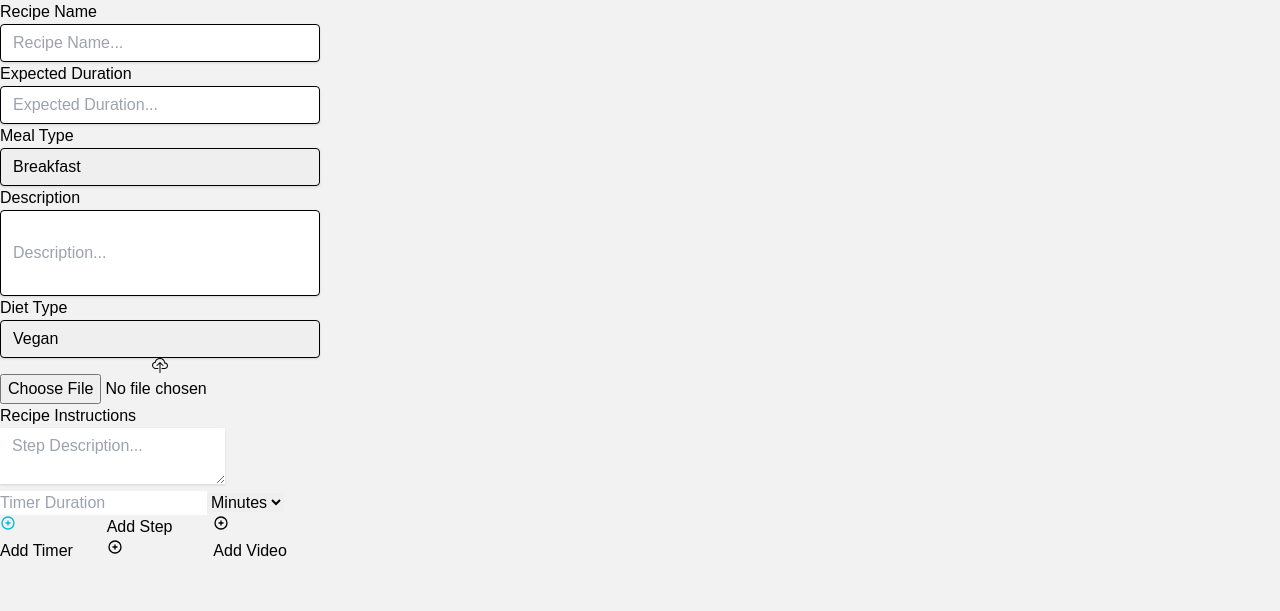
Repository: stvnsok/-capstone-project-3900-w18a-terraluna
Page: /new_recipe (app in frontend/)
These files come from the project's save history. The page is drawn as it stood at one moment and after the next save; the edit follows.
The browser window is 1280 px wide. The pictures show the whole page.
The project was rebuilt for these pictures with package versions that can differ from the ones it lists, and the page was loaded fresh each time. Also part of the build but not shown: frontend/src/services/auth.service.ts, frontend/src/api.ts, frontend/src/services/recipeContributor.service.ts, frontend/src/components/global/Modal.tsx, frontend/src/components/global/TextInput.tsx, frontend/src/components/Auth/helperFunctions.ts, frontend/src/components/Auth/ChangeEmailForm.tsx, frontend/src/components/Auth/ChangePasswordForm.tsx and 10 more.

Above is the page before, as saved 2022-07-19 22:06:03.

After the next save:
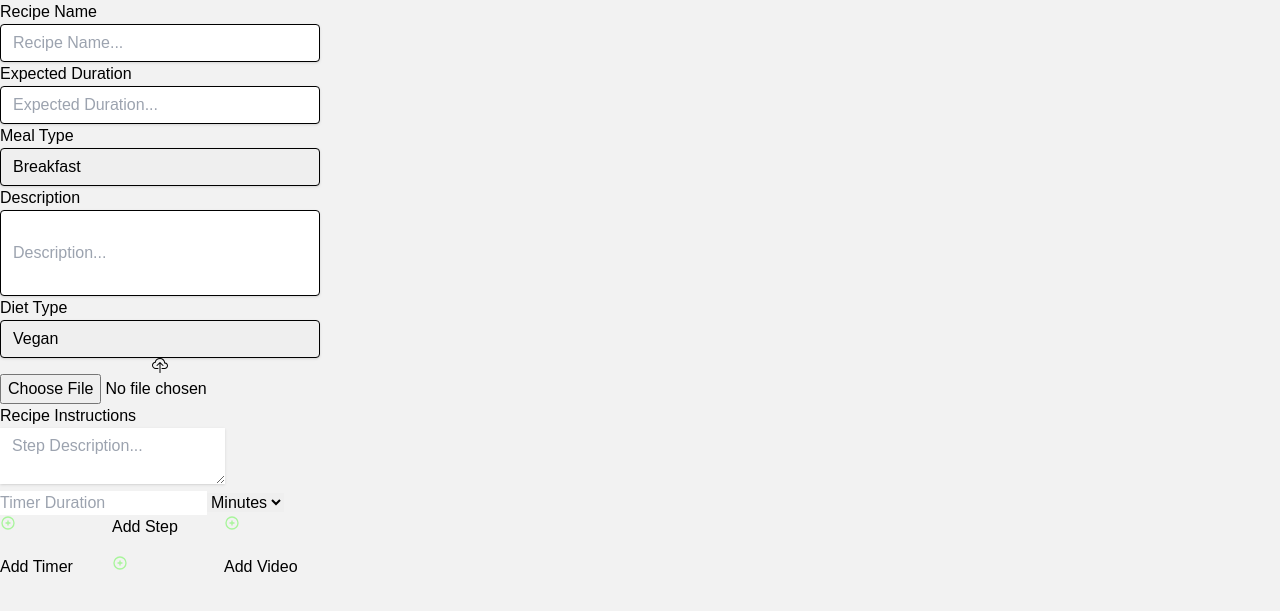
Saved 3 min 45 s later.
--- a/frontend/src/components/NewRecipe/CreateRecipeCard.tsx
+++ b/frontend/src/components/NewRecipe/CreateRecipeCard.tsx
@@ -147,25 +147,27 @@ export default function CreateRecipe () {
                         <option value = 'minutes'>Minutes</option>
                         <option value = 'hours'>Hours</option>
                     </select>
-                    <div className = 'grid grid-cols-3 gap-4"'>
+                    <div className = 'grid grid-cols-3 gap-4'>
 
                         <HiOutlinePlusCircle
                             onClick = {() => {
                                 console.log('Todo:add step');
                             }}
-                            color = '#00bcd4'
+                            color = '#A8F59B'
                         />
                         Add Step
                         <HiOutlinePlusCircle
                             onClick = {() => {
                                 console.log('Todo:add timer');
                             }}
+                            color = '#A8F59B'
                         />
                         Add Timer
                         <HiOutlinePlusCircle
                             onClick = {() => {
                                 console.log('Todo:add video');
                             }}
+                            color = '#A8F59B'
                         />
                         Add Video
                     </div>
